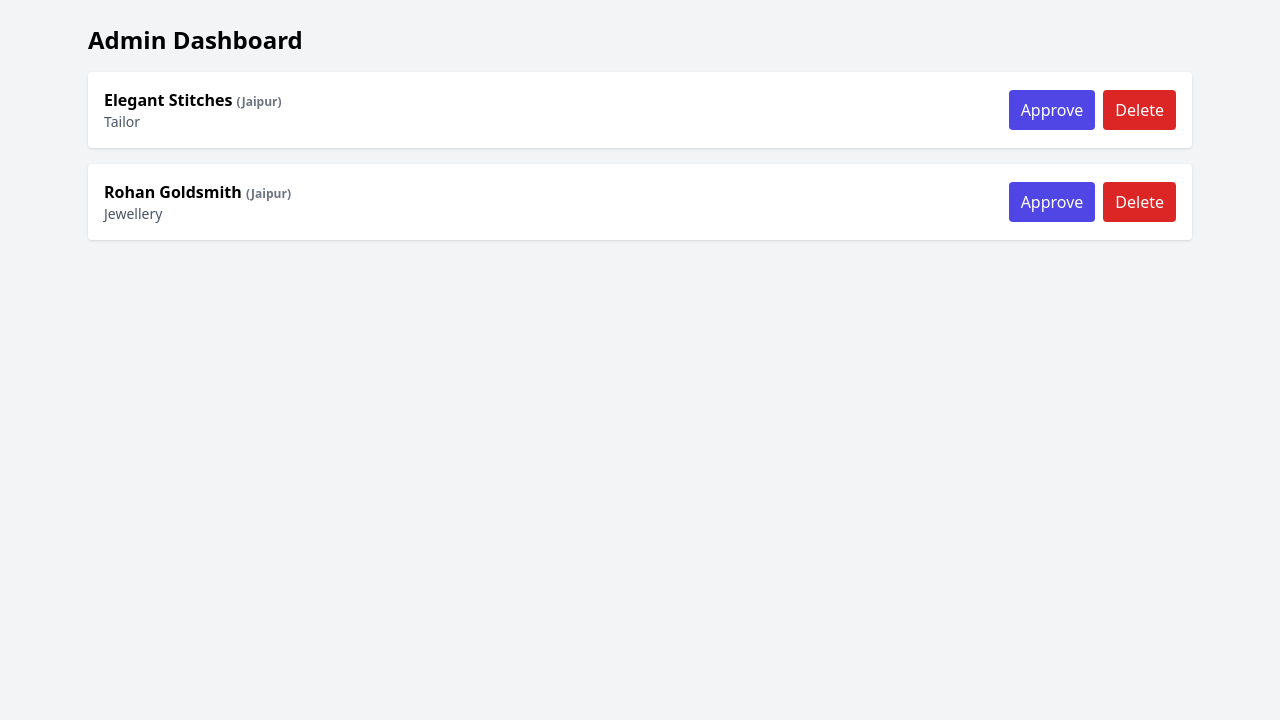
Repository: aayushtailor/VendorConnect
Page: admin.html
These files come from the project's save history. The page is drawn as it stood at one moment and after the next save; the edit follows.
The browser window is 1280 px wide. The pictures show the whole page.
Some web libraries are served in a nearby version.

Above is the page before, as saved 2025-09-20 11:20:48.
Console error: TypeError: Cannot read properties of null (reading 'value')

### admin.html
<!doctype html>
<html lang="en">
<head>
  <meta charset="utf-8" />
  <meta name="viewport" content="width=device-width, initial-scale=1" />
  <title>Admin Dashboard — Jaipur Jewells</title>
  <!-- Tailwind CSS -->
  <script src="https://cdn.tailwindcss.com"></script>
  <link rel="stylesheet" href="styles.css">
</head>
<body class="bg-gray-100">

  <div class="max-w-6xl mx-auto p-6">
    <h1 class="text-2xl font-bold mb-4">Admin Dashboard</h1>
    <div id="vendorsList" class="grid grid-cols-1 gap-4"></div>
  </div>

  <script src="app.js"></script>
  <script>
    // temporary state for approvals (frontend only)
    let approvedIds = [];

    function renderAdmin(){
      const container = document.getElementById('vendorsList');
      container.innerHTML = dummyVendors.map(v => `
        <div class="bg-white p-4 rounded shadow flex justify-between items-center">
          <div>
            <div class="font-semibold">
              ${v.business_name || v.name}
              <span class="text-xs text-gray-500">(${v.city})</span>
            </div>
            <div class="text-sm text-gray-600">${v.category}</div>
          </div>
          <div class="flex gap-2">
            ${approvedIds.includes(v.id)
              ? '<span class="text-green-600 font-semibold">Approved</span>'
              : `<button onclick="approve(${v.id})" class="px-3 py-2 bg-indigo-600 text-white rounded">Approve</button>`}
            <button onclick="del(${v.id})" class="px-3 py-2 bg-red-600 text-white rounded">Delete</button>
          </div>
        </div>
      `).join('');
    }

    function approve(id){
      if(!approvedIds.includes(id)) approvedIds.push(id);
      renderAdmin();
    }

    function del(id){
      alert("Deleted vendor ID: " + id + " (frontend only, backend coming soon).");
    }

    // initial render
    renderAdmin();
  </script>
</body>
</html>

### styles.css
/* Custom styles */
body {
  font-family: ui-sans-serif, system-ui, -apple-system, 'Segoe UI', Roboto, Arial, sans-serif;
}

#registerModal { display: flex; }
#registerModal.hidden { display: none; }
.category-chip {
  background: rgba(255,255,255,0.15);
  backdrop-filter: blur(10px);
  padding: 10px 18px;
  border-radius: 9999px;
  font-weight: 500;
  white-space: nowrap;
  transition: 0.2s;
}
.category-chip:hover {
  background: rgba(255,255,255,0.25);
  cursor: pointer;
}

### app.js
// Dummy data (later connect with Flask)
const dummyVendors = [
  { id: 1, name: "Aayush Tailor", business_name: "Elegant Stitches", category: "Tailor", city: "Jaipur", description: "Custom clothing and modern designs.", phone: "9998887777" },
  { id: 2, name: "Rohan Jewels", business_name: "Rohan Goldsmith", category: "Jewellery", city: "Jaipur", description: "Traditional and modern gold jewellery.", whatsapp: "9995554444" }
];

function makeCard(v){
  return `
    <div data-aos="fade-up" class="bg-white rounded-lg shadow overflow-hidden">
      <img src="placeholder.jpg" class="w-full h-44 object-cover" />
      <div class="p-4">
        <h3 class="text-lg font-semibold">${v.business_name || v.name}</h3>
        <p class="text-sm text-gray-500">${v.category} • ${v.city}</p>
        <p class="mt-2 text-sm text-gray-700">${(v.description||'').slice(0,120)}</p>
        <div class="mt-3 flex justify-between items-center">
          <a href="vendor.html?id=${v.id}" class="text-sm text-indigo-600">View profile</a>
          <div class="flex gap-2">
            ${v.phone?`<a href="tel:${v.phone}" class="text-sm px-3 py-1 border rounded">Call</a>`:''}
            ${v.whatsapp?`<a href="https://wa.me/${v.whatsapp}" target="_blank" class="text-sm px-3 py-1 border rounded">WhatsApp</a>`:''}
          </div>
        </div>
      </div>
    </div>
  `;
}

function render(){
  const grid = document.getElementById('vendorsGrid');
  const search = document.getElementById('searchInput').value.toLowerCase();
  const cat = document.getElementById('categoryFilter').value.toLowerCase();
  const filtered = dummyVendors.filter(v=>{
    const text = `${v.business_name} ${v.name} ${v.category} ${v.city}`.toLowerCase();
    return (!cat || v.category.toLowerCase().includes(cat)) && (!search || text.includes(search));
  });
  grid.innerHTML = filtered.map(makeCard).join('');
  document.getElementById('noResults').classList.toggle('hidden', filtered.length>0);
  AOS.refresh();
}

document.addEventListener('DOMContentLoaded', ()=>{
  render();
  document.getElementById('searchBtn').onclick = render;
  document.getElementById('categoryFilter').onchange = render;

  const modal = document.getElementById('registerModal');
  document.getElementById('openRegister').onclick = ()=> modal.classList.remove('hidden');
  document.getElementById('closeRegister').onclick = ()=> modal.classList.add('hidden');

  document.getElementById('registerForm').onsubmit = (e)=>{
    e.preventDefault();
    alert("Registration form submitted (frontend only, backend coming soon).");
    modal.classList.add('hidden');
  };
});

After the next save:
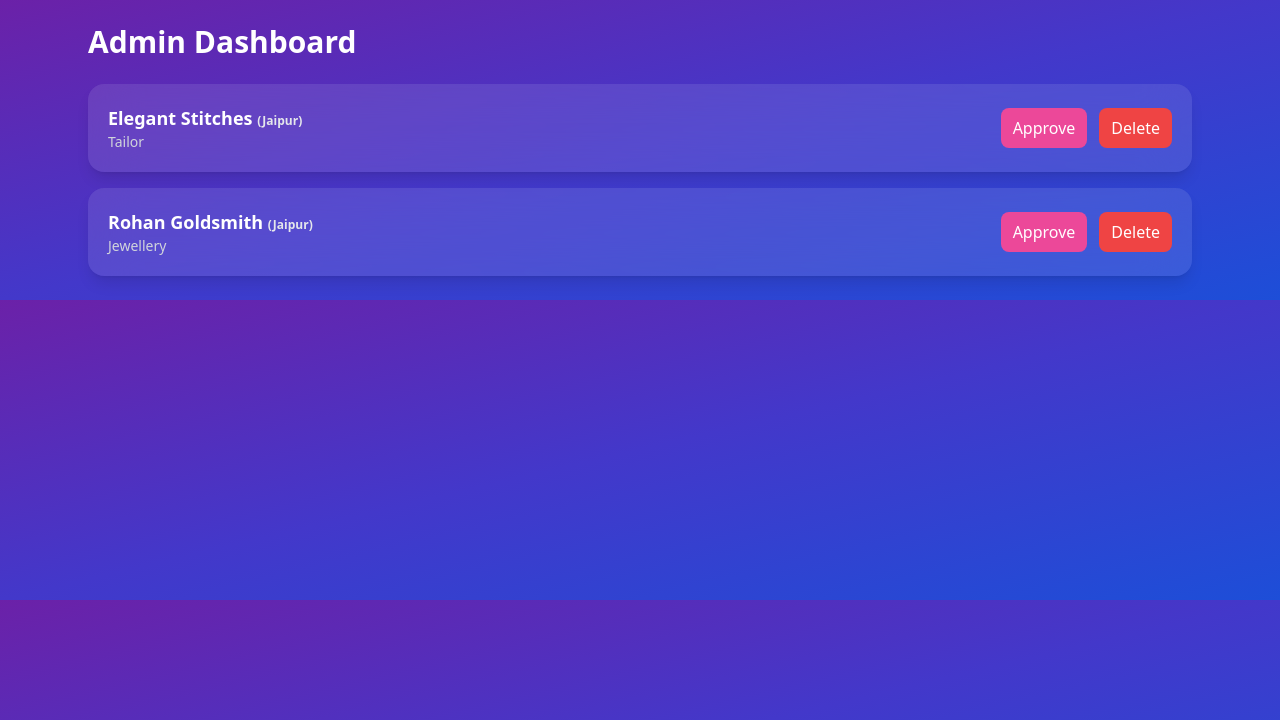
Saved 13 s later.
--- a/admin.html
+++ b/admin.html
@@ -4,38 +4,33 @@
   <meta charset="utf-8" />
   <meta name="viewport" content="width=device-width, initial-scale=1" />
   <title>Admin Dashboard — Jaipur Jewells</title>
-  <!-- Tailwind CSS -->
   <script src="https://cdn.tailwindcss.com"></script>
   <link rel="stylesheet" href="styles.css">
 </head>
-<body class="bg-gray-100">
+<body class="bg-gradient-to-br from-purple-800 via-indigo-700 to-blue-700 text-white">
 
   <div class="max-w-6xl mx-auto p-6">
-    <h1 class="text-2xl font-bold mb-4">Admin Dashboard</h1>
+    <h1 class="text-3xl font-bold mb-6">Admin Dashboard</h1>
     <div id="vendorsList" class="grid grid-cols-1 gap-4"></div>
   </div>
 
   <script src="app.js"></script>
   <script>
-    // temporary state for approvals (frontend only)
     let approvedIds = [];
 
     function renderAdmin(){
       const container = document.getElementById('vendorsList');
       container.innerHTML = dummyVendors.map(v => `
-        <div class="bg-white p-4 rounded shadow flex justify-between items-center">
+        <div class="bg-white/10 backdrop-blur-xl rounded-2xl p-5 flex justify-between items-center shadow-lg hover:shadow-pink-500/30 transition">
           <div>
-            <div class="font-semibold">
-              ${v.business_name || v.name}
-              <span class="text-xs text-gray-500">(${v.city})</span>
-            </div>
-            <div class="text-sm text-gray-600">${v.category}</div>
+            <div class="font-semibold text-lg">${v.business_name || v.name} <span class="text-xs text-gray-200">(${v.city})</span></div>
+            <div class="text-sm text-gray-300">${v.category}</div>
           </div>
-          <div class="flex gap-2">
+          <div class="flex gap-3">
             ${approvedIds.includes(v.id)
-              ? '<span class="text-green-600 font-semibold">Approved</span>'
-              : `<button onclick="approve(${v.id})" class="px-3 py-2 bg-indigo-600 text-white rounded">Approve</button>`}
-            <button onclick="del(${v.id})" class="px-3 py-2 bg-red-600 text-white rounded">Delete</button>
+              ? '<span class="text-green-400 font-bold">Approved</span>'
+              : `<button onclick="approve(${v.id})" class="px-3 py-2 bg-pink-500 hover:bg-pink-600 rounded-lg">Approve</button>`}
+            <button onclick="del(${v.id})" class="px-3 py-2 bg-red-500 hover:bg-red-600 rounded-lg">Delete</button>
           </div>
         </div>
       `).join('');
@@ -47,10 +42,9 @@
     }
 
     function del(id){
-      alert("Deleted vendor ID: " + id + " (frontend only, backend coming soon).");
+      alert("Deleted vendor ID: " + id + " (frontend only)");
     }
 
-    // initial render
     renderAdmin();
   </script>
 </body>
